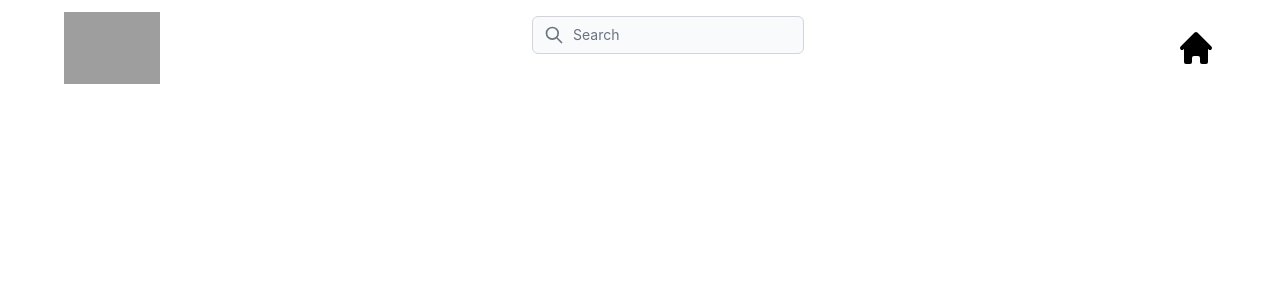
Repository: SehajBindra/insta--clone
Page: /
The author's editor kept a copy of each file at every save. The page is drawn from the files as they stood at one save, then again after the next save.
The browser window is 1280 px wide. The pictures show the whole page.
Pictures or frames that could not be fetched are drawn as grey boxes. The project was rebuilt for these pictures with package versions that can differ from the ones it lists, and the page was loaded fresh each time. The framework's server and built-in components were replaced by stand-ins that run in the browser. Also part of the build but not shown: next.config.js.

Above is the page before, as saved 2022-04-11 01:55:37.

After the next save:
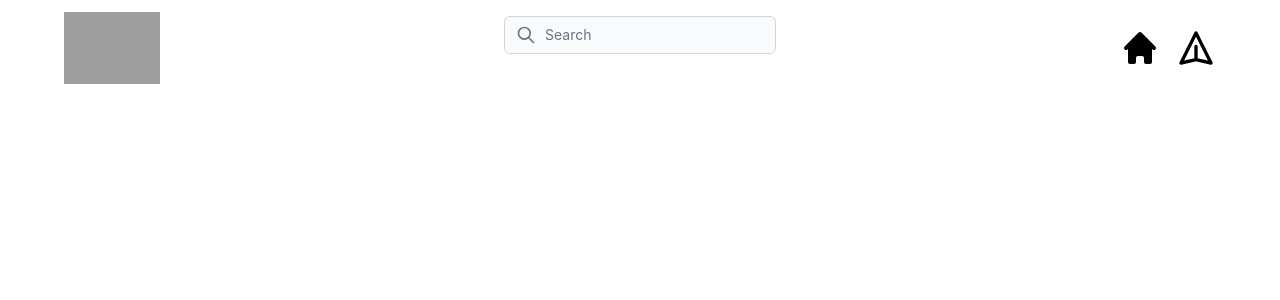
Saved 2 min 6 s later.
--- a/components/Header.js
+++ b/components/Header.js
@@ -44,6 +44,8 @@
        <div className="flex items-center  justify-end space-x-4">
        <HomeIcon className=" h-10 w-10" />
        <MenuIcon className=" h-6 md:hidden cursor-pointer " />
+
+       <PaperAirplaneIcon className="h-10 w-10" />
        </div>
       </div>
     </div>
